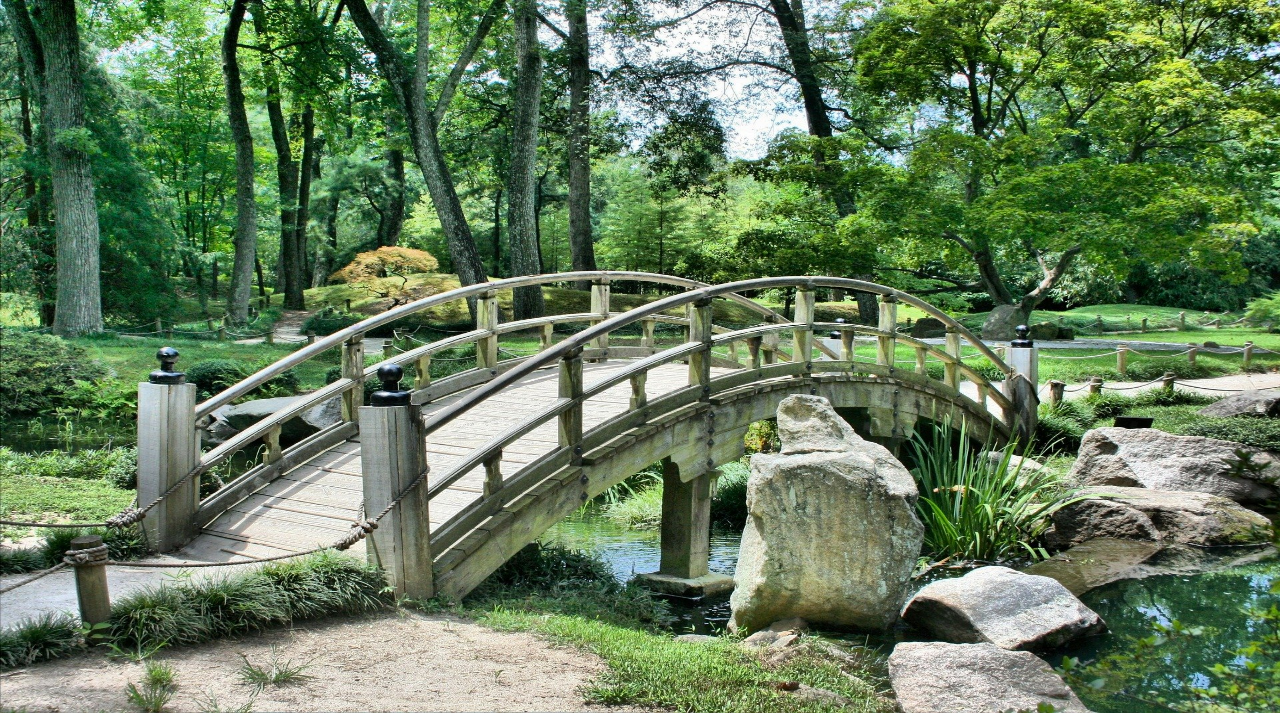
Repository: PatryxB/garden
Page: http://localhost/
These files come from the project's save history. The page is drawn as it stood at one moment and after the next save; the edit follows.
The browser window is 1280 px wide. The pictures show the whole page.
The page is served by the project's Laravel application, run on PHP 8.4 with Laravel 8. Style sheets and scripts are compiled from the project's sources, by tool versions that may differ from the author's.

Above is the page before, as saved 2020-05-01 20:50:57.

After the next save:
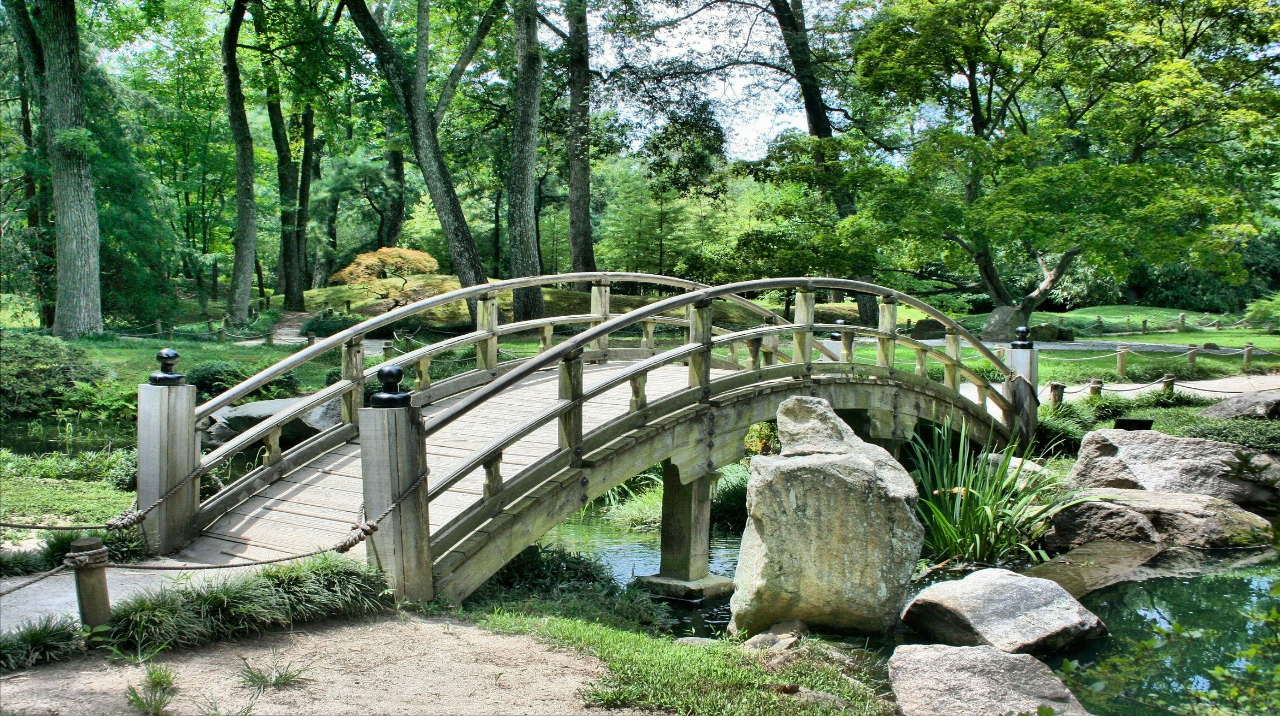
Saved 2 min 25 s later.
--- a/resources/sass/app.scss
+++ b/resources/sass/app.scss
@@ -5,6 +5,6 @@ html, body{
 }
 .banner img{
     width: 100%;
-    height: 99vh;
+    height: 99.5vh;
     position: relative;
 }
